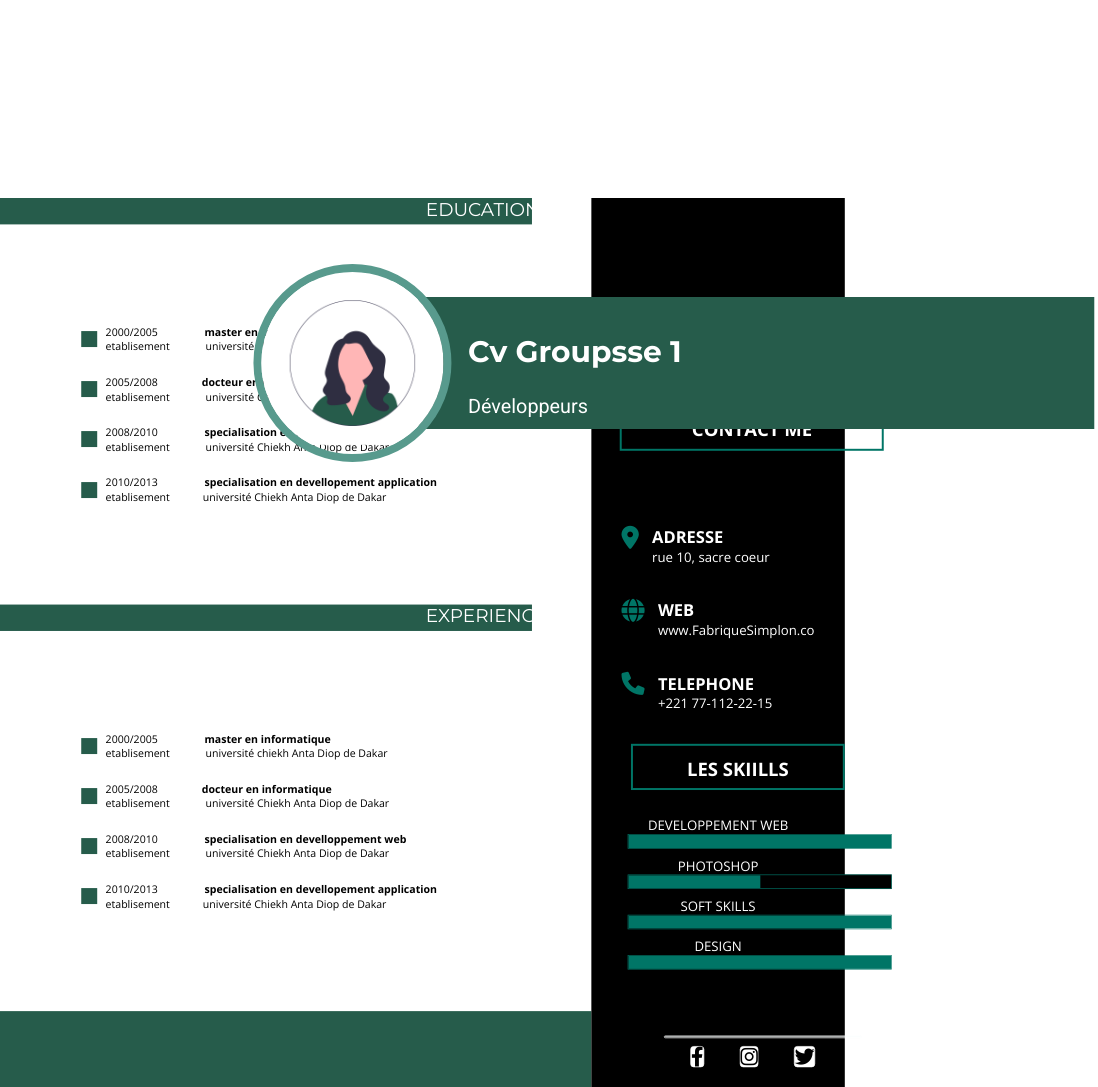
Repository: NdiongueFH/Mon_CV
Page: CV_Groupe1.html
The author's editor kept a copy of each file at every save. The page is drawn from the files as they stood at one save, then again after the next save.
The browser window is 1280 px wide. The page is 1664 px wide, so the pictures cover 1664 px, including what lies to the right of the window. The pictures show the whole page, at 66% of full size.

Above is the page before, as saved 2024-08-05 15:44:35.

### CV_Groupe1.html
<!DOCTYPE html>
<html lang="fr">
<head>
    <meta charset="UTF-8">
    <meta name="viewport" content="width=device-width, initial-scale=1.0">
    <!--Intégration de police d'écriture via un lien web-->
    <link href="https://fonts.googleapis.com/css2?family=Montserrat:wght@400;700&family=Open+Sans:wght@400;700&family=Roboto:wght@400;500&display=swap" rel="stylesheet">
    <!--Intégration de notre lien CSS-->
    <!--Intégration de police d'écriture via un lien web-->
    <link href="https://fonts.googleapis.com/css2?family=Montserrat:wght@400;700&family=Open+Sans:wght@400;700&family=Roboto:wght@400;500&display=swap" rel="stylesheet">
    <link rel="stylesheet" href="https://cdnjs.cloudflare.com/ajax/libs/font-awesome/6.0.0-beta3/css/all.min.css">
    <!--Intégration de notre lien CSS-->
    <link rel="stylesheet" href="CV_Groupe1.css">
    <title>MON CV</title>

</head>
<body>
    <!--section principale-->
    <section id="principal">

        <!--Début Partie Ndiawar-->

        <!--la partie profile de notre cv-->
        <section id="profile">
            <!--identité-->
            <div id="identite">
                <!--image-->
                <div class="image">

                    <img id="image_profil" src="./image/profil.png" alt="" sizes="30" srcset="">
                </div>
                <!--fin image-->
                <!--debut nom-->
                <div class="nom">
                    <h2 id="name_cv">Cv Groupsse 1</h2>
                    <span id="function">Développeurs</span>
                </div>
                <!--fin nom-->
            </div>
            <!--fin identité-->
        </section>
        <!--fin de la partie profile-->

        <!--Fin Partie Ndiawar Diop-->


        <!--le debut du corp de notre cv-->
        <section  id="renseignement">
            <!--corp -->
            <div id="corps">
                <!--debut blanc-->
                <div class="blanc">
                    <!--Début Partie Anta Maguette Faye-->
                    <!--education-->
                    <div class="edu_exp">
                        <!--titre education-->
                        <div class="titre_edu_exp">
                            EDUCATION
                        </div>
                        <!--fin titre education-->
                        <!--parti education-->
                        <div class="info_edu">
                            <ul id="carre">
                                <li>
                                    <p>
                                        2000/2005 &nbsp;&nbsp;&nbsp;<span class="espace"> <strong>master en informatique</strong> </span><br>
                                        etablisement <span class="espace"> université chiekh Anta Diop de Dakar  </span><br>
                                    </p>
                                </li>
                                <li>
                                    <p>
                                        2005/2008  &nbsp;&nbsp;&nbsp;<span class="espace"><strong>docteur en informatique </strong> </span><br>
                                        etablisement <span class="espace"> université Chiekh Anta Diop de Dakar</span>
                                    </p>
                                </li>
                                <li>
                                    <p>
                                        2008/2010 &nbsp;&nbsp;&nbsp;<span class="espace"> <strong>specialisation en develloppement web </strong>  </span><br>
                                        etablisement <span class="espace">université Chiekh Anta Diop de Dakar</span>
                                    </p>
                                </li>
                                <li>
                                    <p>
                                        2010/2013 &nbsp;&nbsp;&nbsp;<span class="espace"> <strong>specialisation en devellopement application</strong></span>  <br>
                                        etablisement<span class="espace">université Chiekh Anta Diop de Dakar</span>
                                    </p>

                                </li>
                            </ul>
                        </div>
                        <!--fin parti education-->
                    </div>
                    <!--fin education-->


                    <!--Fin Partie Anta Maguette Faye-->

                    <!--Début Partie Fatoumata Hawa Ndiongue-->

                    <!--experience-->
                    <div class="edu_exp" >
                        <!--titre experience-->
                        <div class="titre_edu_exp">
                            EXPERIENCE
                        </div>
                        <!--fin titre experience-->
                        <!--parti experience-->
                            <div class="info_edu">
                                <ul id="carre">
                                    <li>
                                        <p>
                                            2000/2005 &nbsp;&nbsp;&nbsp;<span class="espace"> <strong>master en informatique</strong> </span><br>
                                            etablisement <span class="espace"> université chiekh Anta Diop de Dakar  </span><br>
                                        </p>
                                    </li>
                                    <li>
                                        <p>
                                            2005/2008  &nbsp;&nbsp;&nbsp;<span class="espace"><strong>docteur en informatique </strong> </span><br>
                                            etablisement <span class="espace"> université Chiekh Anta Diop de Dakar</span>
                                        </p>
                                    </li>
                                    <li>
                                        <p>
                                            2008/2010 &nbsp;&nbsp;&nbsp;<span class="espace"> <strong>specialisation en develloppement web </strong>  </span><br>
                                            etablisement <span class="espace">université Chiekh Anta Diop de Dakar</span>
                                        </p>
                                    </li>
                                    <li>
                                        <p>
                                            2010/2013 &nbsp;&nbsp;&nbsp;<span class="espace"> <strong>specialisation en devellopement application</strong></span>  <br>
                                            etablisement<span class="espace">université Chiekh Anta Diop de Dakar</span>
                                        </p>

                                    </li>
                                </ul>
                            </div>
                        <!--fin parti experience-->
                    </div>
                    <!--fin experience-->

                    <!--Début Footer-->
                    <div id="footer">

                    </div>
                    <!--Fin Footer-->

                    <!--Fin Partie Fatoumata Hawa Ndiongue-->

                </div>
                <!--fin blanc-->

                <!--Début Moustapha Dieng-->


                <!--debut noir-->
                <div class="noir">
                    <!--contact-->
                    <div class="contact">
                        <!--titre contact-->
                        <div class="titre_contact_skill">
                            <h1>CONTACT ME</h1>
                        </div>
                        <!--fin titre contact-->
                        <!-- donnee contact-->
                        <div class="donnees_contact">
                            <div class="info_contact">
                                <i class="fas fa-map-marker-alt"></i>
                                <div>
                                    <strong>ADRESSE</strong><br>
                                    rue 10, sacre coeur
                                </div>
                            </div>
                            <div class="info_contact">
                                <i class="fas fa-globe"></i>
                                <div>
                                    <strong>WEB</strong><br>
                                    www.FabriqueSimplon.co
                                </div>
                            </div>
                            <div class="info_contact">
                                <i class="fas fa-phone"></i>
                                <div>
                                    <strong>TELEPHONE</strong><br>
                                    +221 77-112-22-15

                                </div>
                            </div>

                        </div>
                        <!--fin donnee contact-->
                    </div>
                    <!--fin contact-->
                    <!--skill-->
                    <div class="skill">
                        <!--titre skill-->
                        <div class="titre_contact_skill2">
                            <h1> LES  SKIILLS</h1>
                        </div>
                        <!--fin titre skill-->
                        <!--donné skill-->
                        <div class="donnees_skill">DEVELOPPEMENT WEB</div>
                            <div class="bar-container">
                                <div class="bar"></div>
                            </div>
                        <div class="donnees_skill">PHOTOSHOP</div>
                            <div class="bar-container">
                                <div class="bar1"></div>
                            </div>
                        <div class="donnees_skill">SOFT SKILLS</div>
                            <div class="bar-container">
                                <div class="bar2"></div>
                            </div>
                        <div class="donnees_skill">DESIGN</div>
                            <div class="bar-container">
                                <div class="bar3"></div>
                            </div>
                        <!--fin donné skill-->
                    </div>
                    <!--fin skill-->
                    <!--resaux socio-->
                    <div id="resaux">
                        <div class="rs-container">
                            <div class="rs"></div>
                        </div>
                        <div class="social-icons">
                            <i class="fab fa-facebook-f"></i>
                            <i class="fab fa-instagram"></i>
                            <i class="fab fa-twitter"></i>
                        </div>
                    </div>
                    <!--fin resaux socio-->
                </div>
                <!--fin noir-->

                <!--Fin Moustapha Dieng-->


            </div>
            <!--fin corp-->

        </section>
        <!--la fin du corp de notre cv-->
    </section>
    <!--Fin section principale-->

</body>
</html>

### CV_Groupe1.css
/*Le pseudo-élément `:root` en CSS permet de définir des variables globales pour un document,
représentant l'élément `<html>`. Utilisé pour centraliser la gestion des styles comme
les couleurs et les polices, il facilite la maintenance du CSS en rendant
les valeurs facilement réutilisables et modifiables dans toute la feuille de style.*/


:root {
    /* Définition des couleurs de base */
    --teal-1: #265C4B; /* Teal foncé */
    --teal-2: #146551; /* Teal moyen foncé */
    --teal-3: #007566; /* Teal vif */
    --teal-4: #589A8D; /* Teal clair */
    --teal-5: #fff; /* Blanc très clair */
    --Noir-6: #000000; /*Noir*/
    --Blanc-7: #ffffff; /*Blanc*/

    /* Utilisation des couleurs pour différents éléments */

    --color-title: var(--teal-1); /* Couleur pour les titres */
    --color-subtitle: var(--teal-3); /* Couleur pour les sous-titres */
    --color-paragraph: var(--teal-2); /* Couleur pour les paragraphes */
    --color-border: var(--teal-4); /* Couleur pour les bordures */
    --color-backgroundFoncé: var(--teal-1); /*Couleur de fond foncée*/
    --color-background: var(--teal-5); /* Couleur de fond général */
    --color-text: var(--Noir-6); /*Couleur pour le texte de fond*/
    --color-white: var(--Blanc-7); /*Couleur blanche pour les texte de fon d'une balise"*/
}

/*Intégration de nos polices d'écritures générales pour notre texte, titre et les sous-titres*/
:root {
    /* Polices */
    --font-title: 'Montserrat', sans-serif;
    --font-text: 'Open Sans', sans-serif;
    --font-subtitle: 'Roboto', sans-serif;

    /* Taille de police standard et poids */
    --font-size-normal: 16px; /* Taille de police standard pour le texte */
    --font-size-title: 28px; /* Taille de police pour les grands titres */
    --font-size-subtitle: 20px; /* Taille de police pour les sous-titres */
    --font-weight-normal: 400; /* Poids normal de la police */
    --font-weight-bold: 700; /* Poids en gras */
    /*Pour le profil la taile du nom et du sous-titre*/
    --font-size-titleProfil: 45px;
    --font-size-subtitleProfil: 30px;
}

/*Intégration de nos polices d'écritures générales pour notre texte, titre et les sous-titres*/
:root {
    /* Polices */
    --font-title: 'Montserrat', sans-serif;
    --font-text: 'Open Sans', sans-serif;
    --font-subtitle: 'Roboto', sans-serif;

    /* Taille de police standard et poids */
    --font-size-normal: 16px; /* Taille de police standard pour le texte */
    --font-size-title: 28px; /* Taille de police pour les grands titres */
    --font-size-subtitle: 20px; /* Taille de police pour les sous-titres */
    --font-weight-normal: 400; /* Poids normal de la police */
    --font-weight-bold: 700; /* Poids en gras */
    /*Pour le profil la taile du nom et du sous-titre*/
    --font-size-titleProfil: 45px;
    --font-size-subtitleProfil: 30px;
}

/*Initialisation de notre body pour supprimer les marges et choix du type de police pour notre site*/


/*Initialisation de notre body pour supprimer les marges et choix du type de police pour notre site*/
* {
  box-sizing: border-box;
}

body {
    margin: 0;
    padding: 0;
    color: var(--color-text);
    font-family: var(--font-text);
    font-size: var(--font-size-normal);
    font-weight: var(--font-weight-normal);
    overflow-x: hidden;
}


#profile {
    position: relative;
    z-index: 1;
    top: 400px;
    right: -30%;
    }

    #principal {
        /*margin-top: -320px;*/
    }


/*Partie Ndiawar Diop*/
    /*Début partie profil de Mon_CV*/

/*Div Identité*/
#identite {
    display: flex;
    align-items: center; /* Pour aligner verticalement les éléments à l'intérieur */
    background: none;
}
/*Image*/
.image {
    border: 12px solid var(--color-border);
    width: 300px;  /* Assurez-vous que le conteneur est carré */
    height: 300px;
    border-radius: 50%;  /* Rend l'image ronde */
    overflow: hidden;  /* Cache les parties de l'image qui débordent */
    z-index: 2; /* Nous Plaçons l'image au-dessus de .nom */
    position: relative; /* Nécessaire pour appliquer z-index */
}

#image_profil {
    width: 100%;
    height: 100%;
    object-fit: contain;  /* Garantit que l'image couvre tout l'espace sans déformation */
}
/*Le nom du profil*/
.nom {
    background-color: var(--color-backgroundFoncé);
    width: 80%;
    height: 200px; /* Aligner la hauteur avec celle de l'image */
    display: flex;
    color: var(--color-white);
    flex-direction: column;
    justify-content: center;
    text-align: left;
    padding: 0 20px 0 75px;
    margin-left: -50px; /* Ajustement pour le chevauchement */
    z-index: 1; /* S'assurer que .nom se superpose à .image */
    position: relative;
}
#name_cv{
    font-family: var(--font-title);
    font-size: var(--font-size-titleProfil);
    font-weight: var(--font-weight-bold);
}
#function {
    font-family: var(--font-subtitle);
    font-size: var(--font-size-subtitleProfil);
    font-weight: var(--font-weight-normal);
}
    /*Fin Partie profil de Mon_Cv*/
/*Fin Partie Ndiawar Diop*/

/*titre de l'ducation education*/
.titre_edu_exp{

    font-size: var(--font-size-title);
    font-family: var(--font-title);
    background-color: var(--color-title);
    width: 90%;
    height: 40px;
    text-indent: 80%;
    color: var(--color-white);
}
/*partie education*/
.info_edu{
font-size: var(--font-size-normal);
font-family: var(--font-text);
color: var(--color-text);
padding: 120px;

}
/*l espace entre les deux bloc d'information*/
.espace{

margin-left: 50px;
/*text-align:initial;*/
}
/*creation de carree avant les ecriture*/
#carre li{

    display: flex;
    position: relative;
}

 #carre li::before{
   content:"■";
   font-size: 50px;
   color: var(--color-title);
   position: absolute;
   margin-left: -40px;
}

/*Footer*/
#footer {
    /*height: 40px;*/
    padding: 40px 0 75px 0;
    background-color: var(--color-backgroundFoncé);
}

/*#principal {
    display: flex;
    background-color: white;
    width: 1600px;
    height: 2400px;
    margin: 0;
}*/
#corps {
    display: flex;
    width: 100%;
}
.blanc {
    width: 70%;
    height: auto;
}

.noir {
    padding-top: 200px;
    width: 30%;
    background-color: var(--color-text);
    height: auto;
    color: var(--color-white);
}
.contact {
    display: flex;
    flex-direction: column;
    align-items: center; /* Center horizontally */
    justify-content: center; /* Center vertically (if height is set) */
    width: 80%; /* ou toute autre largeur appropriée */
    margin: 0 auto;
    padding-top: 80px;
    color: var(--color-white);
}

.titre_contact_skill{
    font-size: 24px;
    margin-bottom: 20px;
    text-align: center; /* Center the title text */
    /*border: 4px solid var(--color-backgroundFoncé);*/
    width: 100%; /* Ajuste selon tes besoins */
    padding: 5px;
 }
 .titre_contact_skill2{
    display: flex;
    flex-wrap: wrap;
    font-size: 24px;
    margin-left: 60px;
    padding-top: 0px;
    margin-top: 20px;

 }
 h1{
    border: #007566 solid;
    width: 400px;
    height: 70px;
    text-align: center;
    justify-content: center;
    align-items: center;
    padding-top: 15px;

 }


.donnees_contact {
    display: flex;
    flex-wrap: wrap;
    flex-direction: column;
    gap: 10px;
    padding-top: 20px;
}

.info_contact {
    display: flex;
    flex-wrap: wrap;
    align-items: flex-start;
    font-size: 20px;
    color: #ffffff;
    margin-top: 40px;
}

.info_contact i {
    color: #007566;
    font-size: 35px;
    margin-right: 20px;
}

.info_contact div {
    display: flex;
    flex-direction: column;
}

.info_contact strong {
    font-size: 25px;
}

.info_contact br {
    display: none;
}
.bar-container {
    width: 400px;
    background-color: black;
    border: 1px solid #007566;
    overflow: hidden;
    margin-left: 55px;
 }


 .bar {
    width: 400px;
    height: 20px;
    background-color: #007566;
 }
 .bar1 {
    width: 200px;
    height: 20px;
    background-color: #007566;
 }
 .bar2 {
    width: 410px;
    height: 20px;
    background-color: #007566;
 }
 .bar3 {
    width: 460px;
    height: 20px;
    background-color: #007566;
 }


 .donnees_skill{
    justify-content: center;
    align-items: center;
    text-align: center;
    font-size: 20px;
    margin-top: 12px;
 }

 .rs-container {
    width: 300px;
    background-color: black;
    border: 1px solid #fcfdfd;
    border-radius: 5px;
    overflow: hidden;
    margin-left: 110px;
 }
 .rs {
    width: 100%;
    height: 2px;
    background-color: #fbfdfd;
 }
 #resaux{
    margin: 100px 0 30px 0;
    /* align-content: center; */
    display: block;
    justify-content: center;
 }
 .social-icons {
 margin-top: 12px;
 padding-left: 100px;
 padding-top: 0px;
 }

 .social-icons i {
    justify-content: center;
    font-size: 30px;
    border: 1px #ffffff solid;
    border-radius: 5px;
    color: #000000;
    background-color: #ffffff;
    margin-left: 50px;
 }

After the next save:
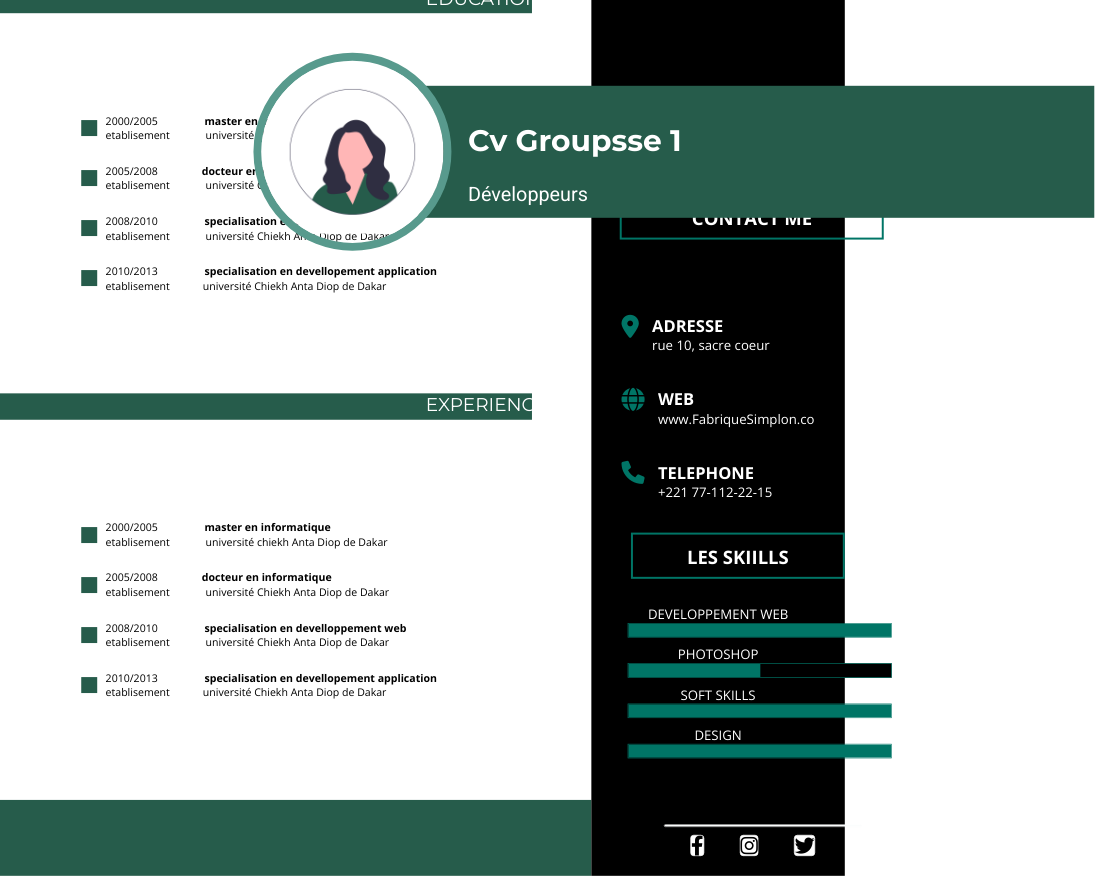
Saved 20 s later.
--- a/CV_Groupe1.css
+++ b/CV_Groupe1.css
@@ -89,7 +89,7 @@ body {
     }
 
     #principal {
-        /*margin-top: -320px;*/
+        margin-top: -320px;
     }
 
 
